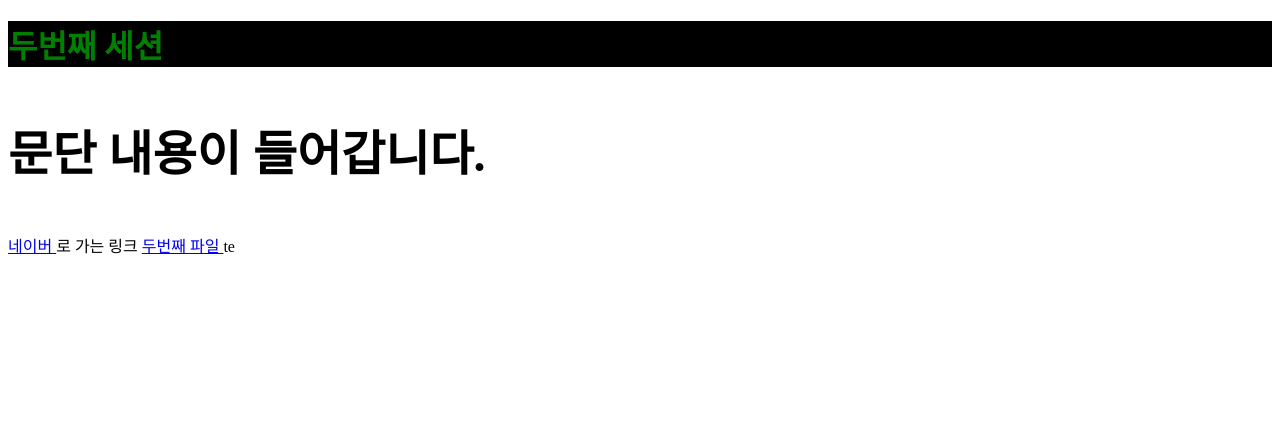
Repository: v0001/likelion
Page: 20200613/test.html
The author's editor kept a record of every edit. The page is drawn from the files as they stood at one moment, then again after the next edit.
The browser window is 1280 px wide. The pictures show the whole page.

Above is the page before.

### 20200613/test.html
<!DOCTYPE html>
<html lang="en">
<head>
    <meta charset="UTF-8">
    <meta name="viewport" content="width=device-width, initial-scale=1.0">
    <meta http-equiv="X-UA-Compatible" content="ie=edge">
    <title>신나는 토요일!!</title>
    <link rel="stylesheet" href="test.css" type="text/css" />
</head>
<body>
    <h1 style = "color:green">두번째 세션</h1>
    <P>문단 내용이 들어갑니다. </P>
    <!--<form method = "get">-->
    <!--    <input type = "text" name = "like" />-->
    <!--    <input type = "submit">-->
    <!--</form>-->

    <a href="https://www.naver.com/">네이버 </a> 로 가는 링크
    <a href="test2.html">두번째 파일 </a>
    <!--<img src="https://hips.hearstapps.com/hmg-prod.s3.amazonaws.com/images/sunflower-1508785046.jpg">-->

<!--내가 만든 첫 번째 홈-->
</body>
</html>te

### 20200613/test.css
h1{
    background:black;
    color: white;
}

p{
    font-weight:bold;
    font-size : 3rem;
}
h1{
    color: green;
}

.red-color{
    color:red;
}
#myid{
    color:yellow;
}

@media(max-width :768px){
/*UI사이즈에 따라 Style 변환이 가능*/
    body{
        background:brown;
    }

}


div{
    border:1px solid black;
    display:inline;
    width : 150px;
    height: 200px;
    padding:10px;
    box-sizing : border-box;
    font-size : 0.5rem;
    text-align : center;
}

#box3{
    width : 100px;
    height : 50px;
    border-radius : 15%;
    position:relative;
    left : 100px;
    top : 100px;
}

#box2{
    position:fixed;

}

After the next edit:
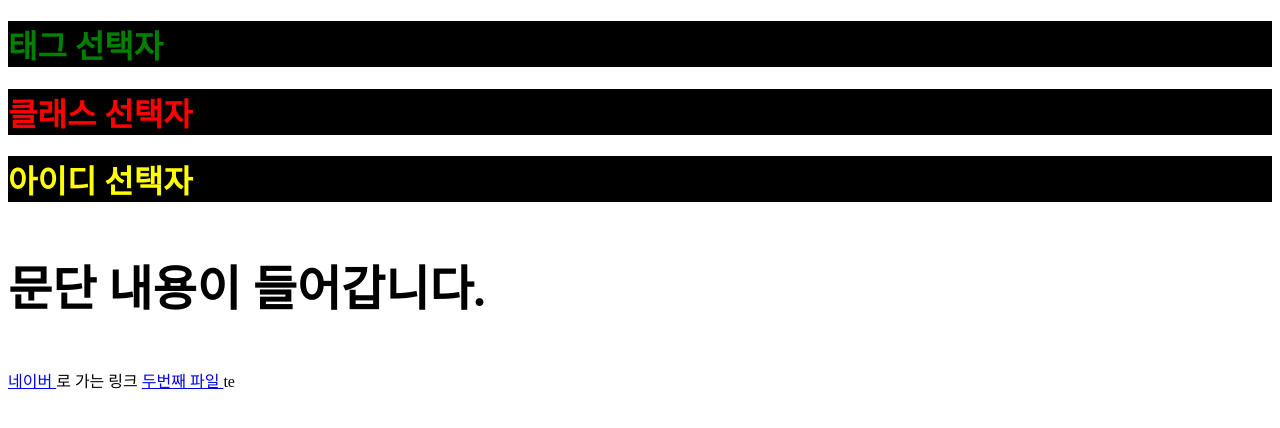
The edit:
--- a/20200613/test.html
+++ b/20200613/test.html
@@ -8,7 +8,10 @@
     <link rel="stylesheet" href="test.css" type="text/css" />
 </head>
 <body>
-    <h1 style = "color:green">두번째 세션</h1>
+    <h1>태그 선택자</h1>
+    <h1 class ="red-color">클래스 선택자</h1>
+    <h1 id ="myid">아이디 선택자</h1>
+
     <P>문단 내용이 들어갑니다. </P>
     <!--<form method = "get">-->
     <!--    <input type = "text" name = "like" />-->
